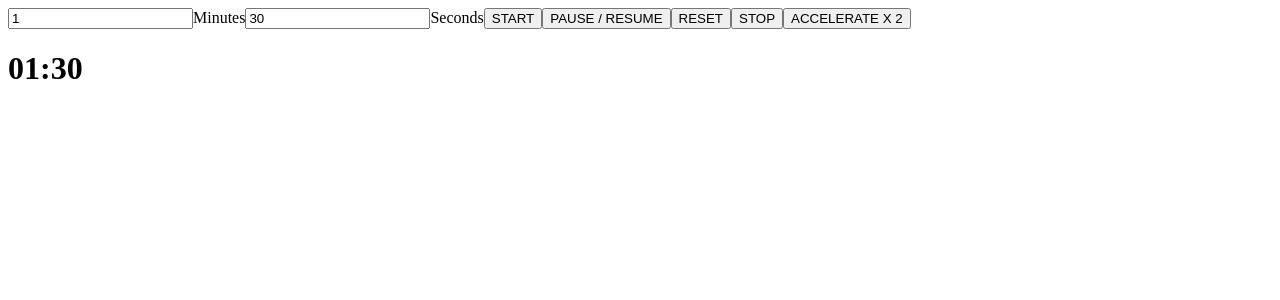
Repository: mariocapitbrok/set-interval-js-timer
Page: /
The author's editor kept a copy of each file at every save. The page is drawn from the files as they stood at one save, then again after the next save.
The browser window is 1280 px wide. The pictures show the whole page.
The project was rebuilt for these pictures with package versions that can differ from the ones it lists, and the page was loaded fresh each time.

Above is the page before, as saved 2022-07-20 13:10:15.

After the next save:
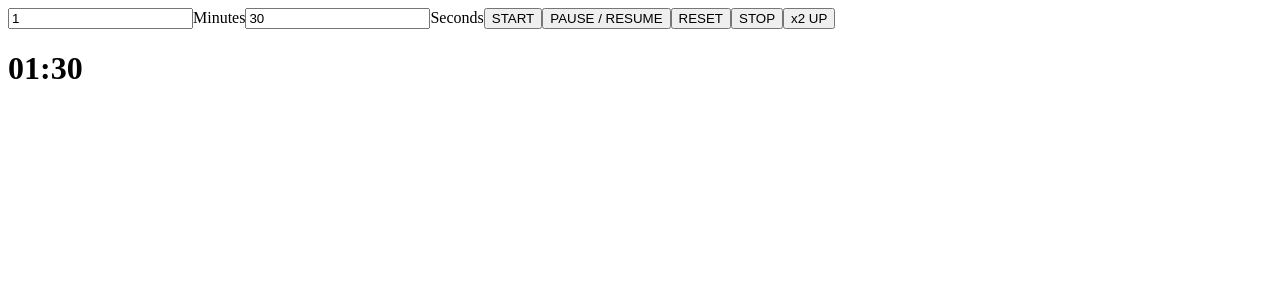
Saved 24 s later.
--- a/src/components/solution.jsx
+++ b/src/components/solution.jsx
@@ -135,7 +135,7 @@ function Solution() {
       <button onClick={pauseTimer}>PAUSE / RESUME</button>
       <button onClick={resetTimer}>RESET</button>
       <button onClick={stopTimer}>STOP</button>
-      <button onClick={accelTimer}>ACCELERATE X 2</button>
+      <button onClick={accelTimer}>x2 UP</button>
 
       <h1 data-testid="running-clock">{`${twoDigits(minutes)}:${twoDigits(
         seconds
